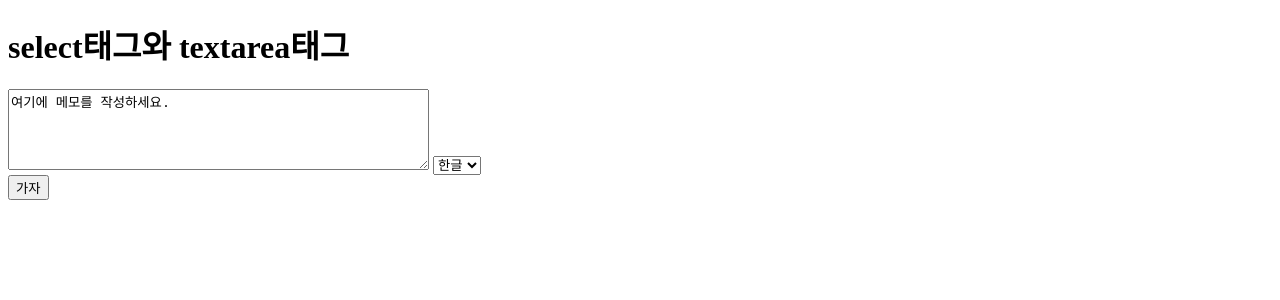
Repository: Kray273/JSLab
Page: html/src/main/webapp/Day97/formtag3.html
An editor plug-in stored every save of this project. The page is shown before and after the next save, followed by the edit.
The browser window is 1280 px wide. The pictures show the whole page.

Above is the page before, as saved 2022-11-25 00:48:16.

### html/src/main/webapp/Day97/formtag3.html
<!DOCTYPE html>
<html>
<head>
<meta charset="UTF-8">
<title>FormTag3</title>
</head>
<body>
	<h1>select태그와 textarea태그</h1>
	<!--
	@ 실제파일 경로 :
		c:/sba/workspace/프로젝트사용자생성/src/webapp/폴더사용자생성/*.html
	RUN
	@ 현재 url :
		http://localhost:8080/프로젝트사용자생성/*.html
	@ 자주 수정시 추천 :
		/프로젝트사용자생성/*.html
	 -->
	<form action="/html/b.jsp">
		<textarea rows="5" cols="50" name="memo">여기에 메모를 작성하세요.</textarea>

		<select name="ext">
			<option value="hwp">한글</option>
			<option value="doc">워드</option>
			<option value="txt">메모</option>
			<option value="html">html</option>
		</select> <br>

		<input type="submit" value="가자">
	</form>
</body>
</html>

After the next save:
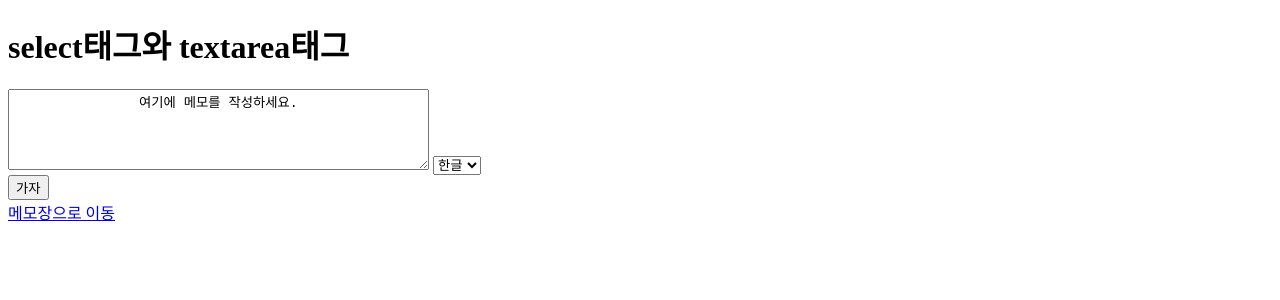
Console error: SyntaxError: Unexpected token '{'
Saved 4 min 38 s later.
--- a/html/src/main/webapp/Day97/formtag3.html
+++ b/html/src/main/webapp/Day97/formtag3.html
@@ -3,6 +3,12 @@
 <head>
 <meta charset="UTF-8">
 <title>FormTag3</title>
+
+<script type="text/javascript">
+	window.onload = funtion(){
+		aleat(document,getElementById('memoid').value);
+	}
+</script>
 </head>
 <body>
 	<h1>select태그와 textarea태그</h1>
@@ -16,16 +22,17 @@
 		/프로젝트사용자생성/*.html
 	 -->
 	<form action="/html/b.jsp">
-		<textarea rows="5" cols="50" name="memo">여기에 메모를 작성하세요.</textarea>
+		<textarea rows="5" cols="50" name="memo" id="memoid">
+		여기에 메모를 작성하세요.</textarea>
 
 		<select name="ext">
 			<option value="hwp">한글</option>
 			<option value="doc">워드</option>
 			<option value="txt">메모</option>
 			<option value="html">html</option>
-		</select> <br>
+		</select> <br> <input type="submit" value="가자">
+	</form>
 
-		<input type="submit" value="가자">
-	</form>
+	<a href="#memoid">메모장으로 이동</a>
 </body>
 </html>

After the 4 saves that followed:
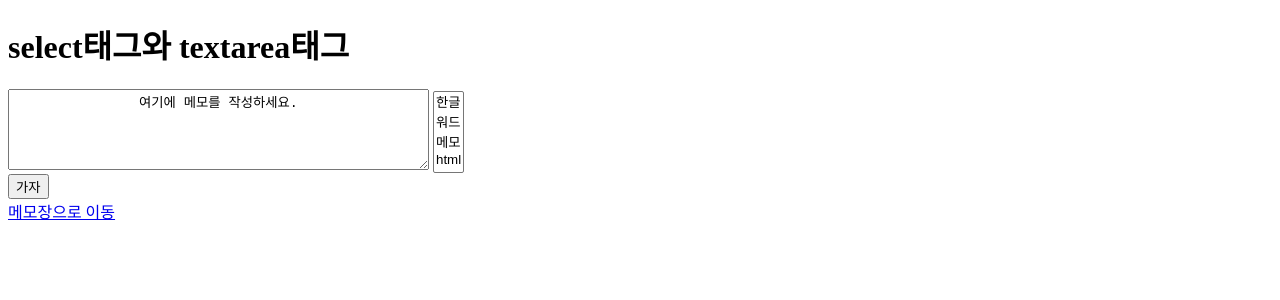
The error is gone.
The 4 saves are shown as one change because 3 left the picture as it was.
The last was saved 2 min 27 s later.
--- a/html/src/main/webapp/Day97/formtag3.html
+++ b/html/src/main/webapp/Day97/formtag3.html
@@ -5,8 +5,8 @@
 <title>FormTag3</title>
 
 <script type="text/javascript">
-	window.onload = funtion(){
-		aleat(document,getElementById('memoid').value);
+	window.onload = function(){
+		alert(document.getElementById('memoid').value);
 	}
 </script>
 </head>
@@ -25,7 +25,7 @@
 		<textarea rows="5" cols="50" name="memo" id="memoid">
 		여기에 메모를 작성하세요.</textarea>
 
-		<select name="ext">
+		<select name="ext" multiple="multiple">
 			<option value="hwp">한글</option>
 			<option value="doc">워드</option>
 			<option value="txt">메모</option>
